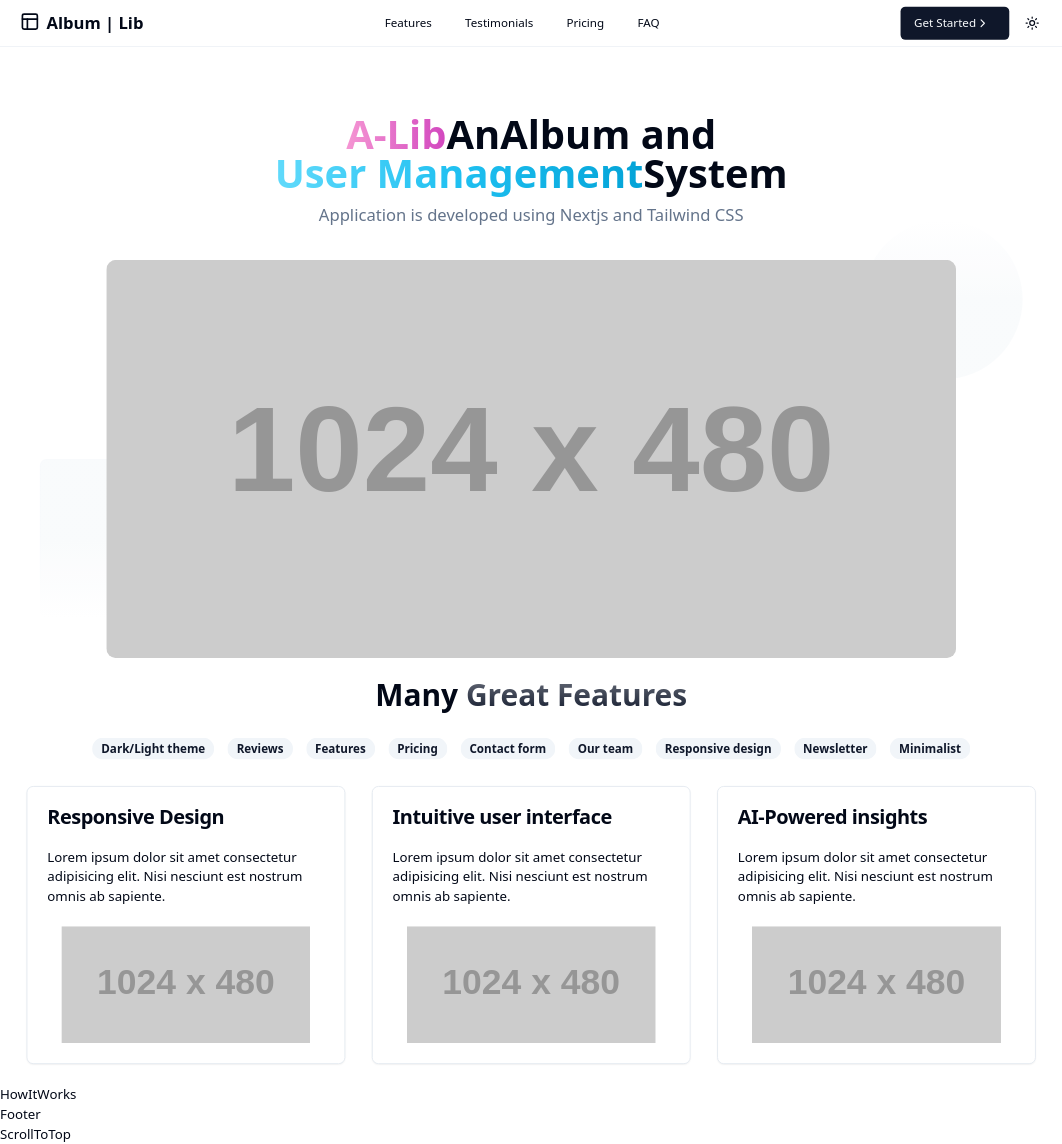
Repository: DevLaukey/savannah-informatics-test
Page: /
The author's editor kept a copy of each file at every save. The page is drawn from the files as they stood at one save, then again after the next save.
The browser window is 1280 px wide. The pictures show the whole page, at 83% of full size.
The project was rebuilt for these pictures with package versions that can differ from the ones it lists, and the page was loaded fresh each time. The framework's server and built-in components were replaced by stand-ins that run in the browser. Also part of the build but not shown: next.config.mjs.

Above is the page before, as saved 2024-06-04 22:26:10.

After the next save:
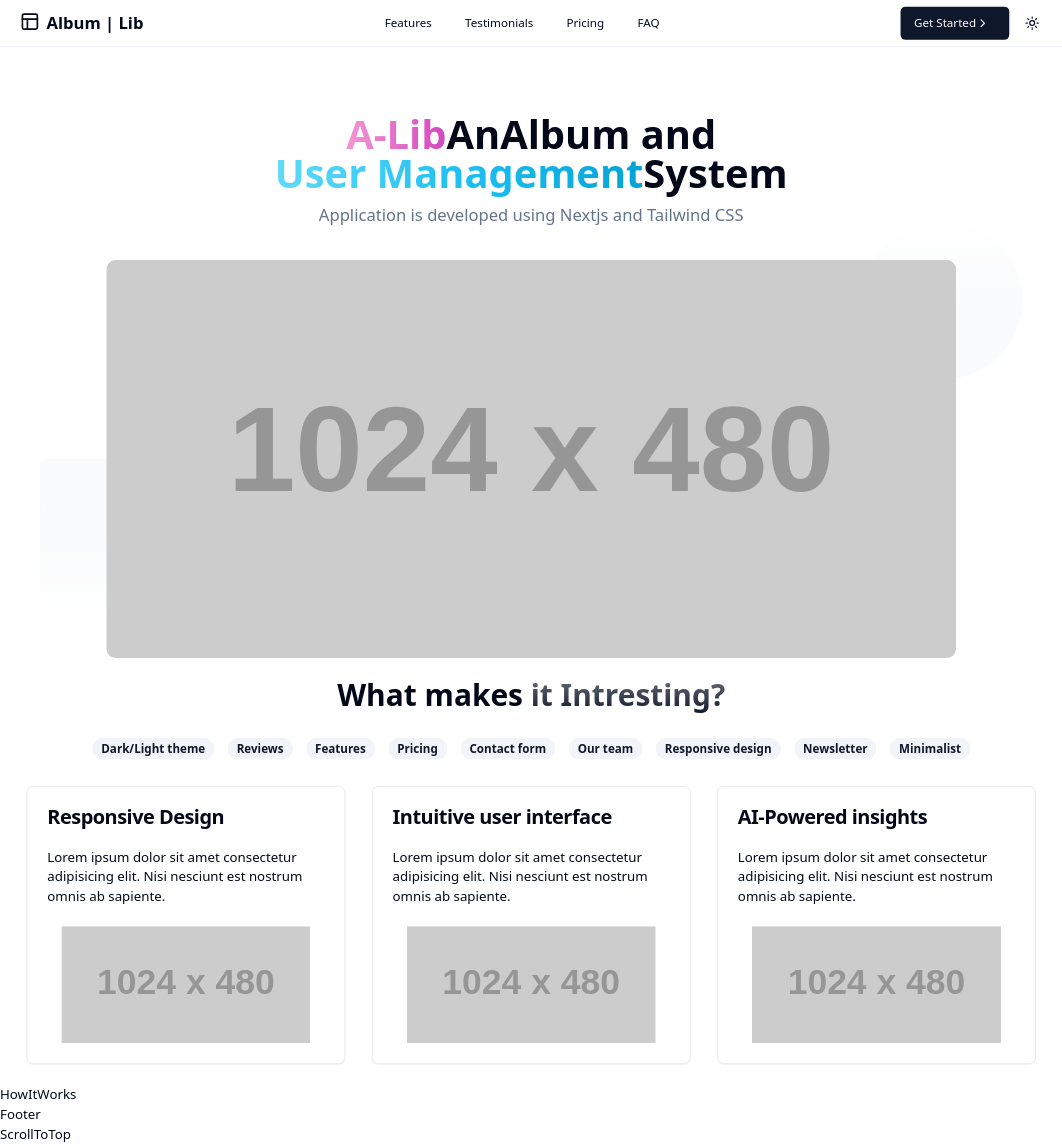
Saved 11 s later.
--- a/components/landing-page/About.jsx
+++ b/components/landing-page/About.jsx
@@ -44,9 +44,10 @@
   return (
     <section id="features" className="container py-4 sm:py-6 space-y-8">
       <h2 className="text-3xl lg:text-4xl font-bold md:text-center">
-        Many{" "}
+
+        What makes {""}
         <span className="bg-gradient-to-b from-primary/60 to-primary text-transparent bg-clip-text">
-          Great Features
+          it Intresting?
         </span>
       </h2>
 
